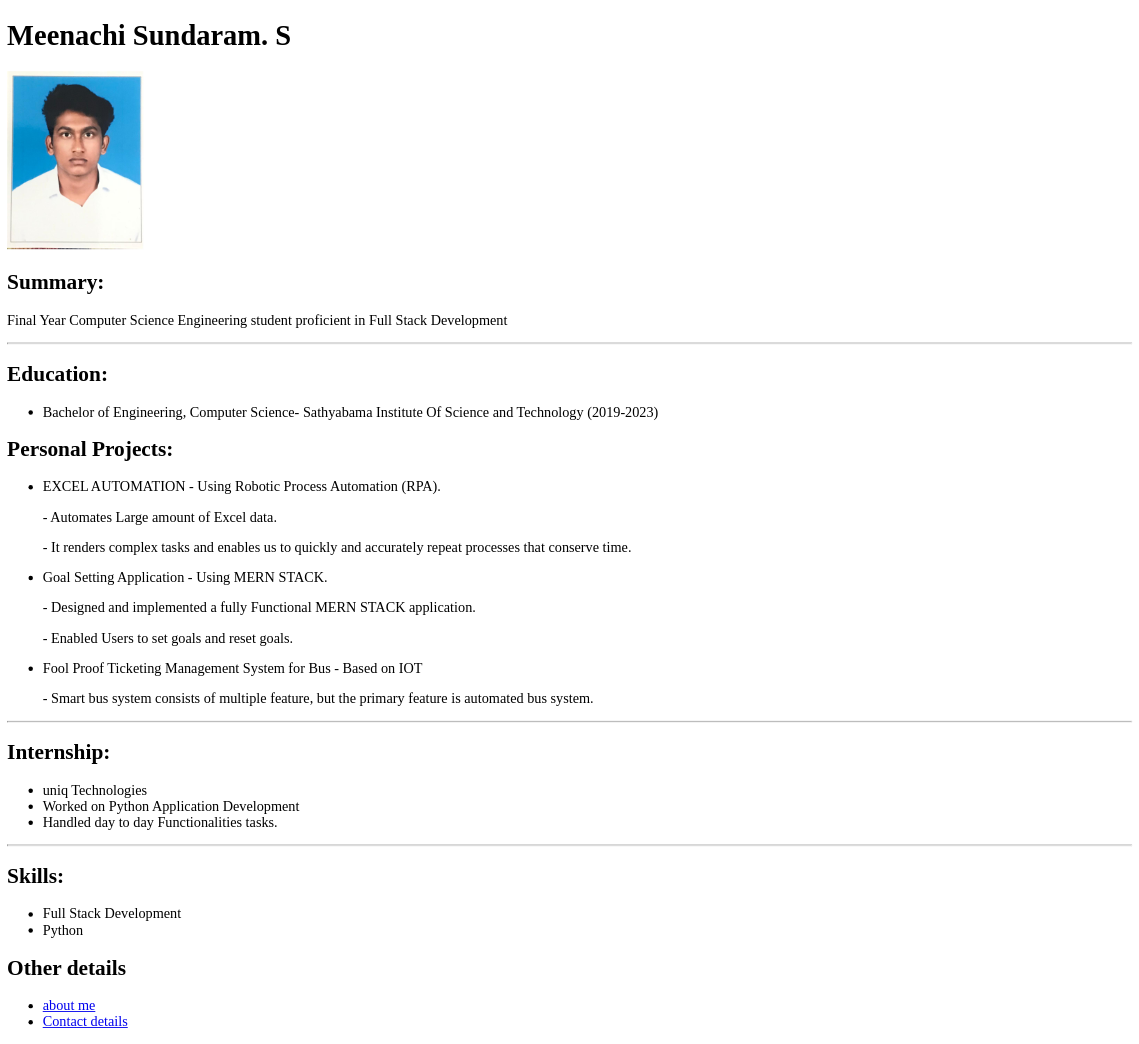
Repository: MeenachiSUNDARAM7/web-dev-projects
Page: resume page/index.html
These files come from the project's save history. The page is drawn as it stood at one moment and after the next save; the edit follows.
The browser window is 1280 px wide. The pictures show the whole page, at 89% of full size.

Above is the page before, as saved 2023-07-05 19:49:01.

After the next save:
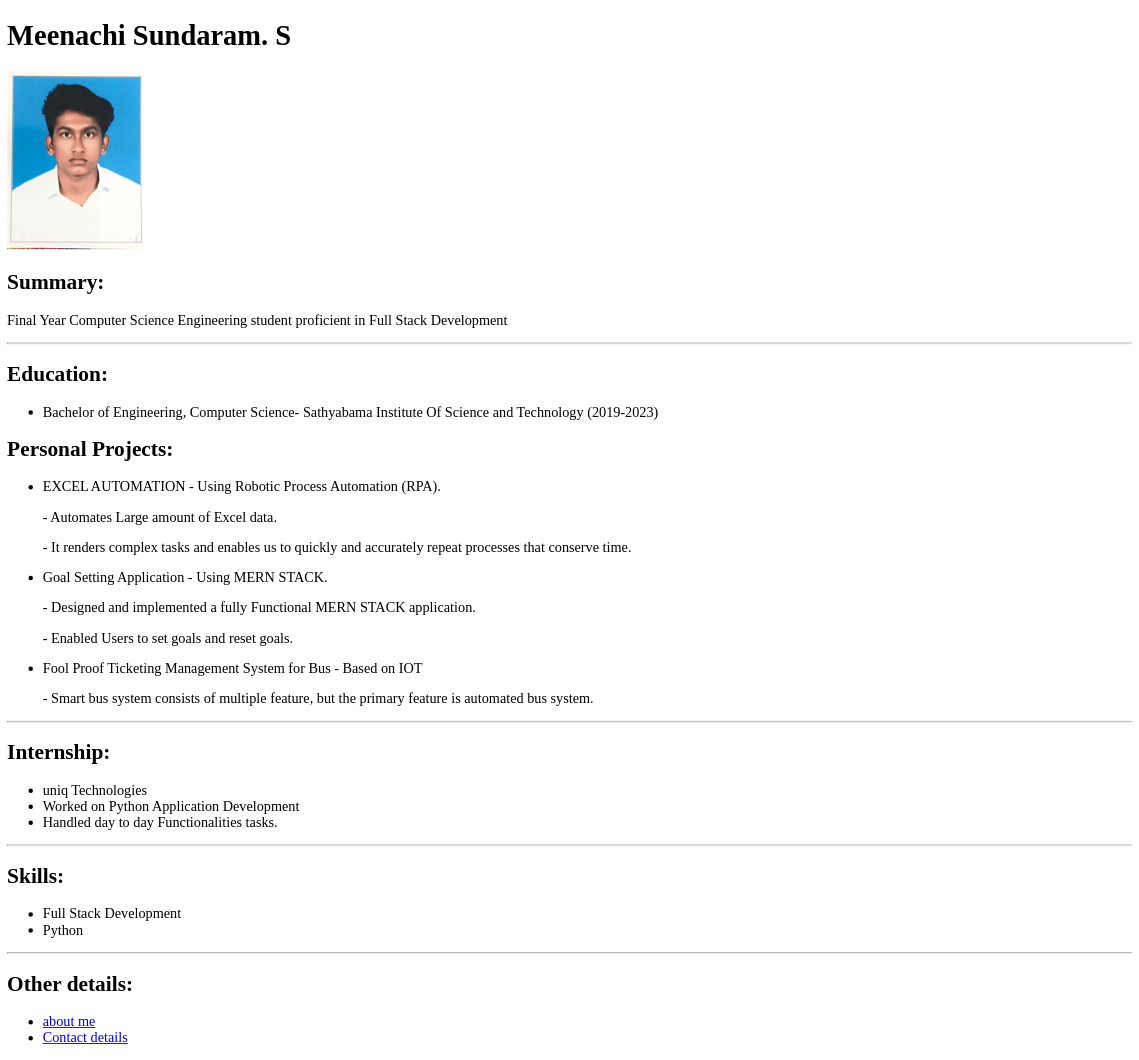
Saved 53 s later.
--- a/resume page/index.html
+++ b/resume page/index.html
@@ -47,7 +47,8 @@
         <li>Full Stack Development</li>
         <li>Python</li>
     </ul>
-    <h2>Other details</h2>
+    <hr />
+    <h2>Other details:</h2>
     <ul>
         <li><a href="./about.html">about me</a></li>
         <li><a href="./contact.html">Contact details</a></li>
